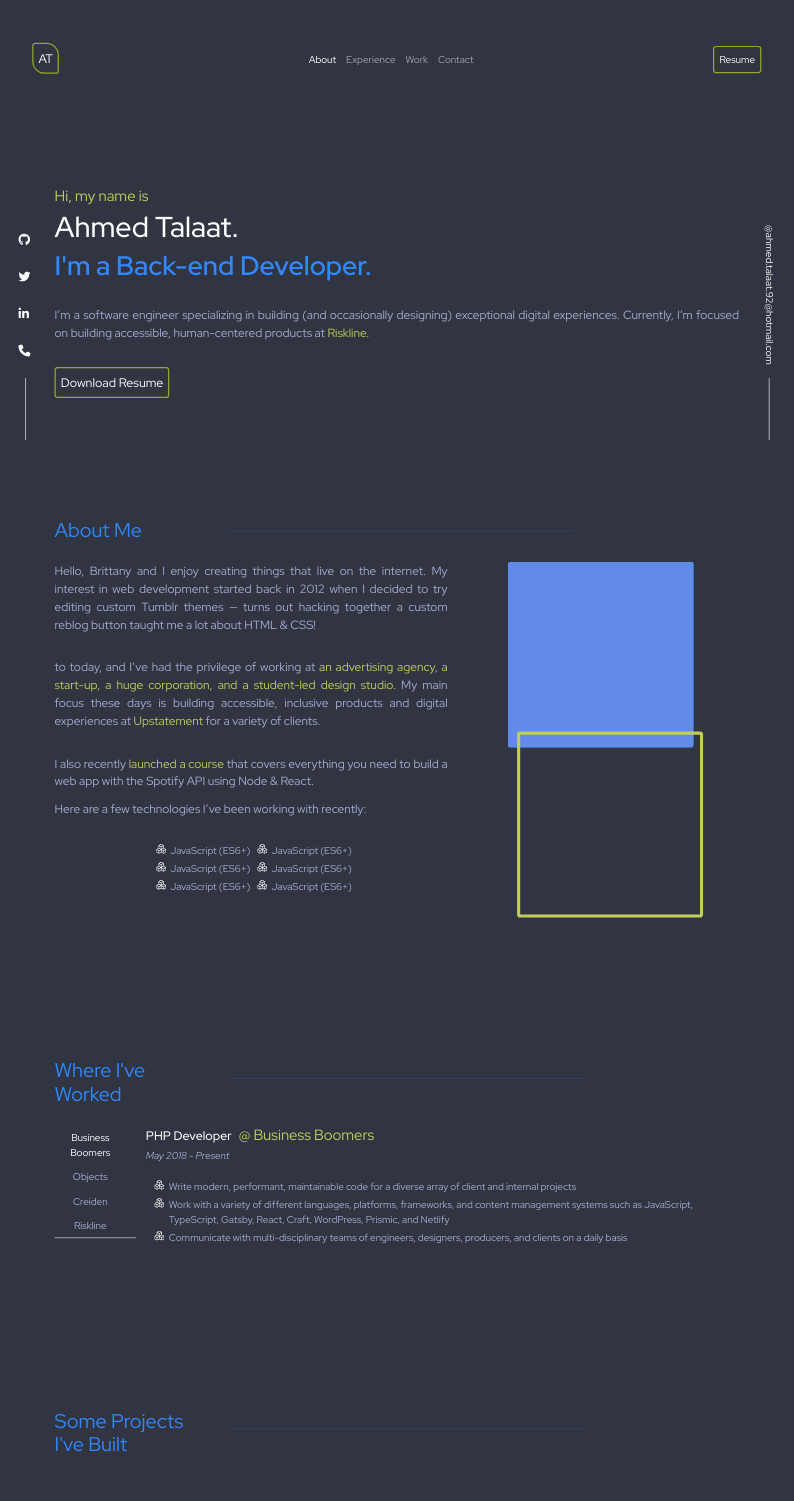
Repository: aya7abbal/Talaat-s-Portfolio
Page: index.html
These files come from the project's save history. The page is drawn as it stood at one moment and after the next save; the edit follows.
The browser window is 1280 px wide. The pictures show the whole page, at 62% of full size.
Pictures or frames that could not be fetched are drawn as grey boxes. Some web libraries are served in a nearby version. The style sheet was rebuilt from its Sass, Less or Tailwind sources for each picture, by a compiler version that may differ from the author's.

Above is the page before, as saved 2022-02-07 13:56:50.

### index.html
<!DOCTYPE html>
<html lang="en">
  <head>
    <!-- Required meta tags -->
    <meta charset="utf-8" />
    <meta name="viewport" content="width=device-width, initial-scale=1" />

    <!-- Bootstrap CSS -->
    <link
      href="https://cdn.jsdelivr.net/npm/bootstrap@5.0.2/dist/css/bootstrap.min.css"
      rel="stylesheet"
      integrity="sha384-EVSTQN3/azprG1Anm3QDgpJLIm9Nao0Yz1ztcQTwFspd3yD65VohhpuuCOmLASjC"
      crossorigin="anonymous"
    />

    <!-- Favicon -->
    <link
      rel="shortcut icon"
      type="image/x-icon"
      href="./images/favicon/favicon.ico"
    />

    <!-- Font Awesome -->
    <script
      src="https://kit.fontawesome.com/fd7fa2f891.js"
      crossorigin="anonymous"
    ></script>

    <!-- Bootstrap Icons -->
    <link
      rel="stylesheet"
      href="https://cdn.jsdelivr.net/npm/bootstrap-icons@1.8.0/font/bootstrap-icons.css"
    />

    <!-- Main Stylesheet -->
    <link rel="stylesheet" href="./styles/styles.css" />

    <title>Ahmed's Portfolio</title>
  </head>
  <body>
    <!-- Navbar -->
    <nav class="navbar navbar-expand-md navbar-dark py-3">
      <div class="container-fluid d-flex justify-content-between">
        <div class="navbar-logo">
          <a class="navbar-brand navbar-border navbar-content__hidden" href="#"
            >AT</a
          >
        </div>

        <!-- Offcanvas  Hidden MENU -->
        <div class="offcanvas-menu">
          <button
            class="btn navbar-content__hidden rotating-icon"
            type="button"
            data-bs-toggle="offcanvas"
            data-bs-target="#offcanvasRight"
            aria-controls="offcanvasRight"
          >
            <i class="bi bi-x-diamond fs-2 text-white"></i>
          </button>
          <div
            class="offcanvas offcanvas-end"
            tabindex="-1"
            id="offcanvasRight"
            aria-labelledby="offcanvasRightLabel"
          >
            <div class="offcanvas-header">
              <h5 id="offcanvasRightLabel"></h5>
              <button
                type="button"
                class="btn text-reset"
                data-bs-dismiss="offcanvas"
                aria-label="Close"
              >
                <i class="bi bi-x-diamond fs-2 text-white rotated-icon"></i>
              </button>
            </div>
            <div class="offcanvas-body">
              <ul class="navbar-nav text-center">
                <li class="nav-item">
                  <a class="nav-link active" aria-current="page" href="#"
                    >About</a
                  >
                </li>
                <li class="nav-item">
                  <a class="nav-link" href="#">Experience</a>
                </li>
                <li class="nav-item">
                  <a class="nav-link" href="#">Work</a>
                </li>
                <li class="nav-item">
                  <a class="nav-link" href="#">Contact</a>
                </li>
                <li>
                  <a
                    class="btn btn-green my-4"
                    href="../Screenshots/Screen Shot 2021-10-17 at 1.30.47 PM.png"
                    download
                  >
                    Resume</a
                  >
                </li>
              </ul>
            </div>
          </div>
        </div>

        <!-- NAVBAR Collapsable -->
        <div
          class="collapse navbar-collapse justify-content-between align-items-baseline"
          id="navbarNav"
        >
          <a class="navbar-brand navbar-border" href="#">AT</a>

          <ul class="navbar-nav">
            <li class="nav-item">
              <a class="nav-link active" aria-current="page" href="#">About</a>
            </li>
            <li class="nav-item">
              <a class="nav-link" href="#">Experience</a>
            </li>
            <li class="nav-item">
              <a class="nav-link" href="#">Work</a>
            </li>
            <li class="nav-item">
              <a class="nav-link" href="#">Contact</a>
            </li>
          </ul>

          <a
            class="btn btn-green"
            href="../Screenshots/Screen Shot 2021-10-17 at 1.30.47 PM.png"
            download
          >Resume</a >
        </div>
      </div>
    </nav>
    <div class="body-wrapper">
      <!-- Introduction -->
      <div class="intro px-5">
        <h6>Hi, my name is</h6>

        <br />

        <h2>Ahmed Talaat.</h2>
        <h3 class="pb-2">I'm a Back-end Developer.</h3>

        <br />

        <p>
          I’m a software engineer specializing in building (and occasionally
          designing) exceptional digital experiences. Currently, I’m focused on
          building accessible, human-centered products at
          <a href="#">Riskline.</a>
        </p>

        <br />

        <button class="btn-green btn-lg">Download Resume</button>
      </div>

      <!-- About -->

      <div class="about px-5 row">
        <div class="section-header row">
          <div class="col-md-4 col-lg-3 col-5">
            <h4 class="py-4">About Me</h4>
          </div>
          <div class="col-md-8 col-lg-9 col-7">
            <hr />
          </div>
        </div>

        <!-- About Paragraph -->
        <div class="col-12 col-lg-7">
          <p>
            Hello, Brittany and I enjoy creating things that live on the
            internet. My interest in web development started back in 2012 when I
            decided to try editing custom Tumblr themes — turns out hacking
            together a custom reblog button taught me a lot about HTML & CSS!
          </p>
          <br />

          <p>
            to today, and I’ve had the privilege of working at
            <a href=""
              >an advertising agency, a start-up, a huge corporation, and a
              student-led design studio.</a
            >
            My main focus these days is building accessible, inclusive products
            and digital experiences at <a href="">Upstatement</a> for a variety
            of clients.
          </p>

          <br />
          <p>
            I also recently <a href="">launched a course</a> that covers
            everything you need to build a web app with the Spotify API using
            Node & React.
          </p>

          <p>Here are a few technologies I’ve been working with recently:</p>

          <div class="iconed-list d-flex justify-content-center">
            <ul class="row">
              <div class="col-6">
                <li>JavaScript (ES6+)</li>
                <li>JavaScript (ES6+)</li>
                <li>JavaScript (ES6+)</li>
              </div>

              <div class="col-6">
                <li>JavaScript (ES6+)</li>
                <li>JavaScript (ES6+)</li>
                <li>JavaScript (ES6+)</li>
              </div>
            </ul>
          </div>
        </div>

        <div class="col-12 col-lg-5 d-flex justify-content-center pb-5">
          <!-- About Image -->
          <div class="about-img">
           <div> <img
            src="https://brittanychiang.com/static/30a645f7db6038f83287d0c6042d3b2b/f9526/me.avif"
            alt=""
            width="300px"
            height="300px"
          /></div>
            <div class="about-img__border"></div>
          </div>
        </div>
      </div>

      <!-- Work -->

      <div class="work px-5">
        <div class="section-header row">
          <div class="col-md-4 col-lg-3 col-7">
            <h4 class="py-4">Where I've Worked</h4>
          </div>
          <div class="col-md-8 col-lg-9 col-5">
            <hr />
          </div>
        </div>
        <div>
          <!-- Nav tabs -->
          <div class="d-flex flex-md-row flex-column align-items-start">
            <div
              class="nav flex-md-column nav-pills me-3 mb-4 pe-md-3 nav-tabs"
              id="v-pills-tab"
              role="tablist"
              aria-orientation="vertical"
            >
              <button
                class="nav-link active"
                id="v-pills-home-tab"
                data-bs-toggle="pill"
                data-bs-target="#v-pills-home"
                type="button"
                role="tab"
                aria-controls="v-pills-home"
                aria-selected="true"
              >
                Business Boomers
              </button>
              <button
                class="nav-link"
                id="v-pills-profile-tab"
                data-bs-toggle="pill"
                data-bs-target="#v-pills-profile"
                type="button"
                role="tab"
                aria-controls="v-pills-profile"
                aria-selected="false"
              >
                Objects
              </button>
              <button
                class="nav-link"
                id="v-pills-messages-tab"
                data-bs-toggle="pill"
                data-bs-target="#v-pills-messages"
                type="button"
                role="tab"
                aria-controls="v-pills-messages"
                aria-selected="false"
              >
                Creiden
              </button>
              <button
                class="nav-link"
                id="v-pills-settings-tab"
                data-bs-toggle="pill"
                data-bs-target="#v-pills-settings"
                type="button"
                role="tab"
                aria-controls="v-pills-settings"
                aria-selected="false"
              >
                Riskline
              </button>
            </div>
            <div class="tab-content" id="v-pills-tabContent">
              <div
                class="tab-pane fade show active"
                id="v-pills-home"
                role="tabpanel"
                aria-labelledby="v-pills-home-tab"
              >
                <div class="work-title">
                  <h5 class="pe-2">PHP Developer</h5>
                  <h6>@ Business Boomers</h6>
                </div>
                <div class="work-date">
                  <i>May 2018 - Present </i>

                  <ul class="iconed-list">
                    <li>
                      Write modern, performant, maintainable code for a diverse
                      array of client and internal projects
                    </li>
                    <li>
                      Work with a variety of different languages, platforms,
                      frameworks, and content management systems such as
                      JavaScript, TypeScript, Gatsby, React, Craft, WordPress,
                      Prismic, and Netlify
                    </li>
                    <li>
                      Communicate with multi-disciplinary teams of engineers,
                      designers, producers, and clients on a daily basis
                    </li>
                  </ul>
                </div>
              </div>

              <div
                class="tab-pane fade"
                id="v-pills-profile"
                role="tabpanel"
                aria-labelledby="v-pills-profile-tab"
              >
                <div class="work-title">
                  <h5 class="pe-2">Back-end Developer</h5>
                  <h6>@ Objects</h6>
                </div>
                <div class="work-date">
                  <i>May 2018 - Present </i>

                  <ul class="iconed-list">
                    <li>
                      Write modern, performant, maintainable code for a diverse
                      array of client and internal projects
                    </li>
                    <li>
                      Work with a variety of different languages, platforms,
                      frameworks, and content management systems such as
                      JavaScript, TypeScript, Gatsby, React, Craft, WordPress,
                      Prismic, and Netlify
                    </li>
                    <li>
                      Communicate with multi-disciplinary teams of engineers,
                      designers, producers, and clients on a daily basis
                    </li>
                  </ul>
                </div>
              </div>

              <div
                class="tab-pane fade"
                id="v-pills-messages"
                role="tabpanel"
                aria-labelledby="v-pills-messages-tab"
              >
                <div class="work-title">
                  <h5 class="pe-2">Back-end Developer</h5>
                  <h6>@ Creiden</h6>
                </div>
                <div class="work-date">
                  <i>May 2018 - Present </i>

                  <ul class="iconed-list">
                    <li>
                      Write modern, performant, maintainable code for a diverse
                      array of client and internal projects
                    </li>
                    <li>
                      Work with a variety of different languages, platforms,
                      frameworks, and content management systems such as
                      JavaScript, TypeScript, Gatsby, React, Craft, WordPress,
                      Prismic, and Netlify
                    </li>
                    <li>
                      Communicate with multi-disciplinary teams of engineers,
                      designers, producers, and clients on a daily basis
                    </li>
                  </ul>
                </div>
              </div>

              <div
                class="tab-pane fade"
                id="v-pills-settings"
                role="tabpanel"
                aria-labelledby="v-pills-settings-tab"
              >
                <div class="work-title">
                  <h5 class="pe-2">Project Manager</h5>
                  <h6>@ Riskline</h6>
                </div>
                <div class="work-date">
                  <i>May 2018 - Present </i>

                  <ul class="iconed-list">
                    <li>
                      Write modern, performant, maintainable code for a diverse
                      array of client and internal projects
                    </li>
                    <li>
                      Work with a variety of different languages, platforms,
                      frameworks, and content management systems such as
                      JavaScript, TypeScript, Gatsby, React, Craft, WordPress,
                      Prismic, and Netlify
                    </li>
                    <li>
                      Communicate with multi-disciplinary teams of engineers,
                      designers, producers, and clients on a daily basis
                    </li>
                  </ul>
                </div>
              </div>
            </div>
          </div>
        </div>
      </div>

      <div class="projects px-5">
        <div class="section-header row">
          <div class="col-md-4 col-lg-3 col-7">
            <h4 class="py-4">Some Projects I've Built</h4>
          </div>
          <div class="col-md-8 col-lg-9 col-5">
            <hr />
          </div>
        </div>
      </div>
    </div>

    <footer>
      <div class="footer-left">
        <div class="footer-left__link">
          <i class="fab fa-github"><a href="#"></a></i>
        </div>
        <div class="footer-left__link">
          <i class="fab fa-twitter"><a href=""></a></i>
        </div>
        <div class="footer-left__link">
          <i class="fab fa-linkedin-in"><a href=""></a></i>
        </div>
        <div class="footer-left__link">
          <i class="fas fa-phone"><a href=""></a></i>
        </div>
        <div class="footer-left__link line"></div>
      </div>



      <div class="footer-right">
        <div class="footer-right__link">
          <a href="">@ahmed.talaat.92@hotmail.com</a>

        <div class="footer-right__link line"></div>
      </div>
    </footer>

    <!-- Bootstrap Bundle with Popper -->
    <script
      src="https://cdn.jsdelivr.net/npm/bootstrap@5.0.2/dist/js/bootstrap.bundle.min.js"
      integrity="sha384-MrcW6ZMFYlzcLA8Nl+NtUVF0sA7MsXsP1UyJoMp4YLEuNSfAP+JcXn/tWtIaxVXM"
      crossorigin="anonymous"
    ></script>
    <script type="module" src="./scripts/script.js"></script>
  </body>
</html>

### scripts/script.js
// const rotatingIcon = document.querySelector(".rotating-icon")
// const rotatedIcon = document.querySelector(".rotated-icon")


// rotatingIcon.addEventListener('click',function(event) {
// console.log(event)
//     rotatingIcon.style.display="hidden"
// })

### styles/styles.scss

// Fonts
@import url('https://fonts.googleapis.com/css2?family=Dosis:wght@200;300;400;500;600&family=Red+Hat+Display:ital,wght@0,300;0,400;0,500;0,600;0,700;0,900;1,300;1,400;1,500;1,600&family=Satisfy&display=swap');
// Partials
@import "./components/navbar";
@import"./components/footer";
@import "./variables/colors";
@import "./components/buttons";
@import "./variables/fonts";
@import "./components/pages";
@import "./variables/images";




// font-family: 'Dosis', sans-serif;
// font-family: 'Red Hat Display', sans-serif;
// font-family: 'Satisfy', cursive;

*{
font-family: 'Red Hat Display', sans-serif;
background-color: var(--navy);

}

body{
    margin: 0%;
    overflow-x: hidden;
    padding: 40px;
    background-color: var(--navy);
}

### styles/components/_navbar.scss
.navbar-content__hidden{
    display: none;
    @media (max-width:768px) {
        display: inline-block;
    }
}

.navbar-brand{
    border: solid 2px var(--green);
    border-radius: 5px 20px;
    padding: 8px;

    &:hover{
        background-color: var(--green);
    }
}

### styles/components/_footer.scss
footer {

  .footer-left {
    position: fixed;
    bottom: 10px;
    left: 20px;
    i {
      font-size: 1.2em;
      color: white;
      margin: 20px 10px;
      &:hover{
          color: greenyellow;
          transform: translateY(-3px);
      }
    }

    .line {
      border-right: 1px solid white;
      padding: 20px;
      height: 100px;
      background-color: transparent;
      transform: translatex(-19px);
      margin-top: 15px;
    }
  }


  .footer-right {
    position: fixed;
    bottom: 10px;
    right: 20px;
    i{
      font-size: 1.2em;
      color: white;
      margin: 15px 10px;
      &:hover{
          color: greenyellow;
          transform: translateY(-3px);
      }


    }

    a{
        writing-mode: vertical-rl;
        transform: translatex(10px);
        color: white;
        &:hover{
            color: greenyellow;
            text-decoration: none;
        }
    }

    .line {
      border-right: 1px solid white;
      padding: 20px;
      height: 100px;
      background-color: transparent;
      transform: translatex(-19px);
      margin-top: 15px;
    }
  }
}

### styles/variables/_colors.scss
:root{
    --navy:#313441;
    --lgreen:#c1ce5e;
    --grey:#A4A6BF;
    --bblue:hsl(220, 47%, 62%);
    --green:#97A629;
    --lgreeno:#c1ce5e11;
    --lgrey:#bbc1dd;
    --mdgrey:#a4acd1;
    --blue:#3188fa;

}

### styles/components/_buttons.scss
.btn-green {
  border: 2px solid var(--green);
  padding: 8px;
  color:white;
  border-radius: 5px;

  &:hover {
    color: rgb(197, 197, 197);
    background-color: var(--lgreeno);
  }
}

.btn-blue{
    border: 2px solid var(--blue);
    padding: 8px;
    color:white;
    border-radius: 5px;

    &:hover {
      color: rgb(197, 197, 197);
      background-color: var(--bblue);
    }
}

.rotating-icon, .rotated-icon {
  transform: rotate(45deg) !important;
  z-index: 100;

  &:hover {
    transform: rotate(90deg) !important;
    transition: 0.6s;


  }
  &:active &:focus {
    transform: rotate(90deg) !important;
  }
}

### styles/variables/_fonts.scss



h2 {
  color: white;
  font-size: 2.3em;

  @media (min-width: 768px) {
    font-size: 2.9em;
  }
}

h3 {
  color: var(--blue);
  font-weight: 600;
  font-size: 2.2em;

  @media (min-width: 768px) {
    font-size: 2.7em;
  }
}

h4 {
  color: var(--blue);
  font-weight: 400;
  font-size: 1.5em;
  background-color: var(--navy);

  @media (min-width: 768px) {
    font-size: 2em;
  }
}

h5{
  color: white;
  display: inline-block;
}

h6 {
  font-size: 1.2em;
  color: var(--lgreen);
  font-weight: 400;
  display: inline-block;

  @media (min-width: 768px) {
    font-size: 1.5em;
  }
}

a {
  color: var(--lgreen);
  text-decoration: none;

  &:hover {
    color: var(--green);

    text-decoration: underline;
  }
}

ul{

    padding-top:20px;
    padding-bottom: 50px;
}
.iconed-list li{
    list-style-image:url(/svg/list.svg);
    color: var(--mdgrey);

    padding:10px 10px 0px 10px;
    margin: 5px;
    width: fit-content;
    padding: 0%;
}

p {
  font-size: 1.2em;
  color: var(--mdgrey);
  font-weight: 400;
  text-align: justify;

  @media (min-width: 768px) {
    font-size: 1.2em;
  }
}

i{
  color: var(--mdgrey);
}

.nav-tabs .nav-link{

  color: var(--mdgrey);
  background-color: transparent !important;
  // text-decoration: underline;
  text-decoration-color: var(--mdgrey);

  &:focus{
    background-color: transparent !important;
    color: var(--lgreen);
    border-bottom-color: var(--lgreen);

  }

  &:active{
    background-color: transparent !important;
    color: var(--lgreen);


  }



}

### styles/components/_pages.scss

// INTRODUCTION
.intro{
    padding-top: 120px;
}

// ABOUT


.section-header{
    padding-top:170px ;
    hr{
        position: relative;
        top:30%;
        color: var(--blue);
        width: 70%;
    }
}

### styles/variables/_images.scss
.about-img {
  position: relative;

  img {
    filter: invert(25%) sepia(77%) saturate(2565%) hue-rotate(200deg)
      brightness(103%) contrast(96%) opacity(90%);
    border-radius: 5px;
  }
  &:hover {
    img {
      filter: none;
    }
    .about-img__border{
        transform: translate(0px, 0px);
        transition: .1s;


    }
  }

  .about-img__border {
    position: absolute;
    bottom: 0px;
    border: 5px solid var(--lgreen);
    border-radius: 5px;
    width: 300px;
    height: 300px;
    transform: translate(15px, 15px);
    background-color: transparent;
  }
}

After the next save:
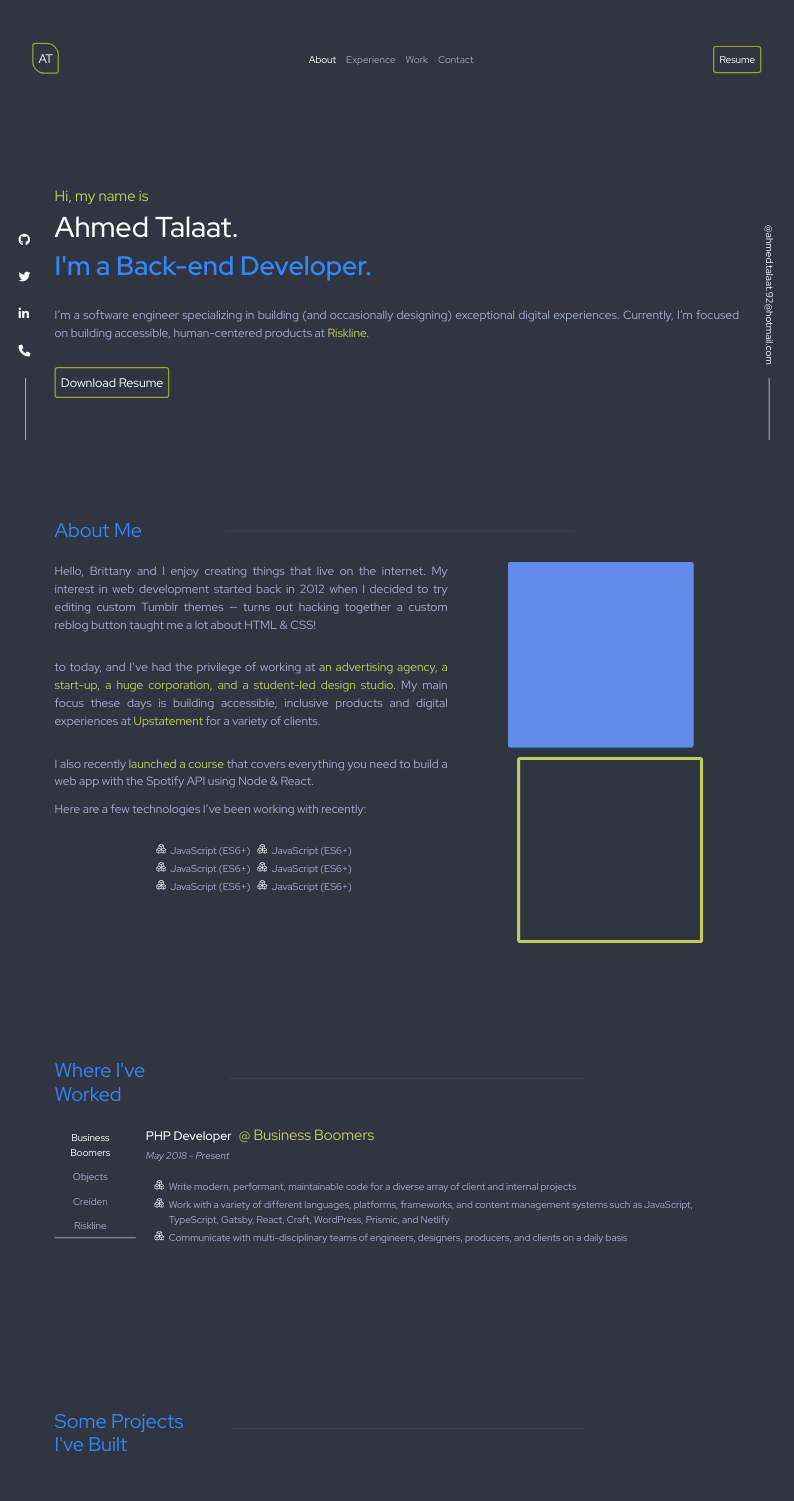
Saved 14 s later.
--- a/styles/variables/_images.scss
+++ b/styles/variables/_images.scss
@@ -20,7 +20,7 @@
 
   .about-img__border {
     position: absolute;
-    bottom: 0px;
+    // bottom: 0px;
     border: 5px solid var(--lgreen);
     border-radius: 5px;
     width: 300px;
